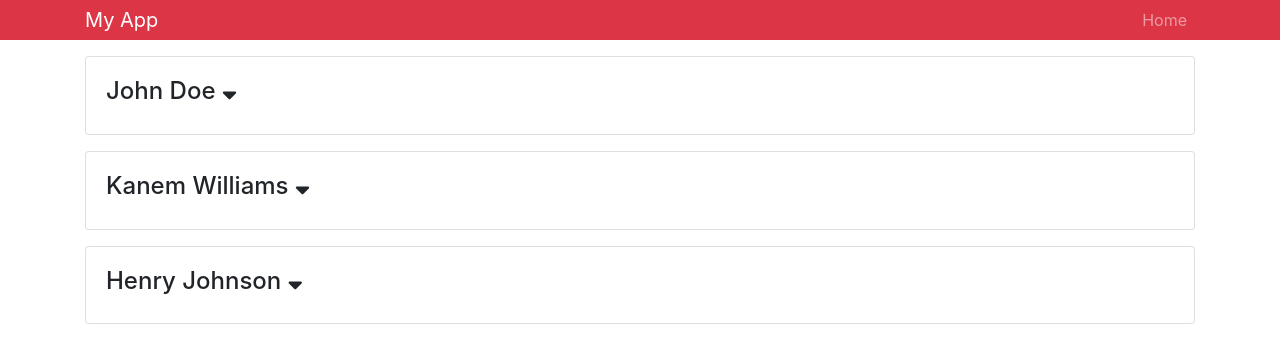
Repository: Mtbwka/contactmanager
Page: /
An editor plug-in stored every save of this project. The page is shown before and after the next save, followed by the edit.
The browser window is 1280 px wide. The pictures show the whole page.
Some web libraries are served in a nearby version. The project was rebuilt for these pictures with package versions that can differ from the ones it lists, and the page was loaded fresh each time.

Above is the page before, as saved 2019-05-01 13:57:06.

After the next save:
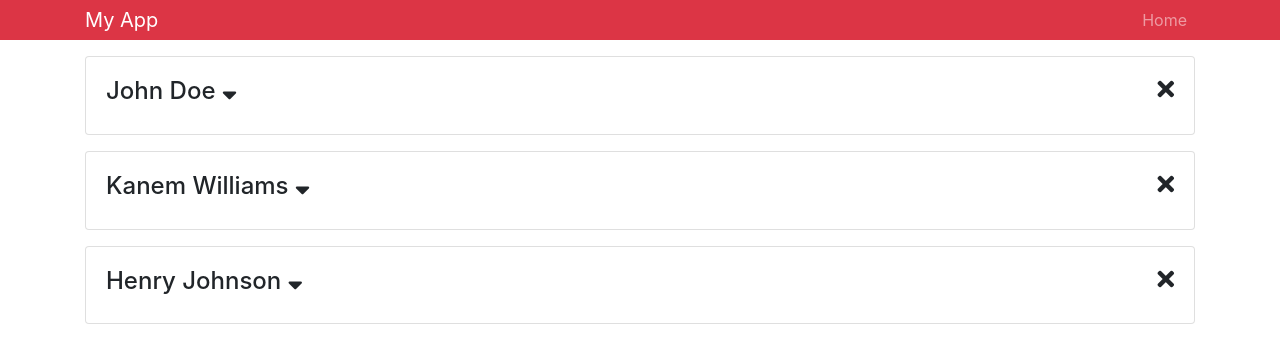
Saved 43 s later.
--- a/src/components/Contact.js
+++ b/src/components/Contact.js
@@ -21,6 +21,7 @@ class Contact extends Component {
             className='fas fa-sort-down'
             style={{ cursor: 'pointer' }}
           />
+          <i className='fas fa-times' style={{ float: 'right' }} />
         </h4>
         {showContactInfo ? (
           <ul className='list-group'>
